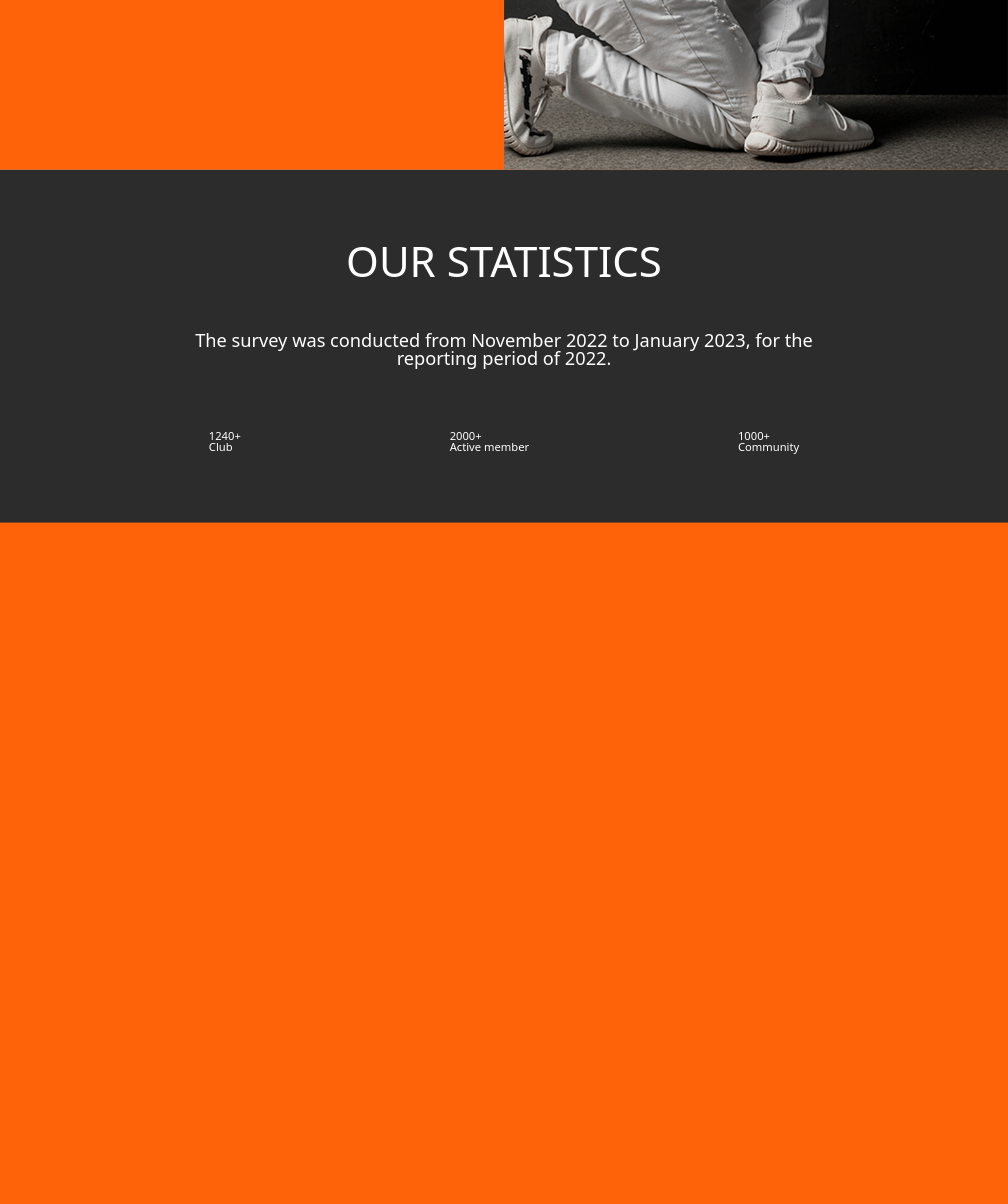
Repository: KinD2704/Web-University
Page: Bai30/index.html
These files come from the project's save history. The page is drawn as it stood at one moment and after the next save; the edit follows.
The browser window is 1280 px wide. The page is 1440 px wide, so the pictures cover 1440 px, including what lies to the right of the window. The pictures show the part of the page from y = 4432 to 6152 px (the page is 6152 px tall), at 70% of full size.

Above is the page before, as saved 2023-12-23 22:14:55.

### Bai30/index.html
<!DOCTYPE html>
<html lang="en">
    <head>
        <meta charset="UTF-8" />
        <meta name="viewport" content="width=device-width, initial-scale=1.0" />
        <title>les 30 percent</title>
        <link rel="stylesheet" href="css/reset.css" />
        <link rel="stylesheet" href="css/global.css">
        <link rel="stylesheet" href="css/styles.css" />
    </head>
    <body>
        <!-- Header -->
        <header>
            <div class="container">
                <div>
                    <img src="img/logo.png" alt="logo" class="logo1" />
                </div>
                <div>
                    <ul>
                        <li><a href="#!">HOME</a></li>
                        <li><a href="#!">PRODUCT</a></li>
                        <li><a href="#!">FEEDBACK</a></li>
                        <li><a href="#!">ABOUT</a></li>
                        <li><a href="#!">CONTACT</a></li>
                    </ul>
                </div>
                <div>
                    <img src="img/search.png" alt="search" class="search" />
                </div>
            </div>
        </header>

        <div class="banner1"></div>
        <div class="banner2">
            <div class="banner2__container">
                <div class="banner2__text banner2__text1">
                    <p>Dance Tour</p>
                </div>
                <div class="banner2__text banner2__text2">
                    <p>
                        Lorem ipsum dolor sit amet, consectetur adipiscing elit.
                        Vivamus lacinia odio vitae vestibulum vestibulum.
                    </p>
                </div>
                <div class="banner2__item">
                    <div class="banner2__item1">
                        <img src="img/item1.png" alt="" />
                        <p>AMERICA</p>
                        <p>
                            Lorem ipsum dolor sit amet, consectetur adipiscing
                            elit.
                        </p>
                    </div>
                    <div class="banner2__item1">
                        <img src="img/item2.png" alt="" />
                        <p>ASIA</p>
                        <p>
                            Lorem ipsum dolor sit amet, consectetur adipiscing
                            elit.
                        </p>
                    </div>
                    <div class="banner2__item1">
                        <img src="img/item3.png" alt="" />
                        <p>AUSTRALIA</p>
                        <p>
                            Lorem ipsum dolor sit amet, consectetur adipiscing
                            elit.
                        </p>
                    </div>
                </div>
            </div>
        </div>
        <div class="banner3">
            <div class="banner2__container">
                <div class="banner2__text banner2__text1">
                    <p>Dance Tour</p>
                </div>
                <div class="banner2__text banner2__text2">
                    <p>
                        Lorem ipsum dolor sit amet, consectetur adipiscing elit.
                        Vivamus lacinia odio vitae vestibulum vestibulum.
                    </p>
                </div>
                <div class="banner2__item">
                    <div class="banner3__item1">
                        <div class="imgBasic"><img src="img/basic.png" alt=""></div>
                        <p>basic</p>
                        <p>Lorem ipsum dolor sit amet, consectetur adipiscing elit</p>
                        <div class="bannerBtn"><button>$150.00</button></div>
                    </div>
                    <div class="banner3__item1">
                        <div class="imgBasic"><img src="img/basic.png" alt="" /></div>
                        <p>Professional</p>
                        <p>Lorem ipsum dolor sit amet, consectetur adipiscing elit</p>
                        <div class="bannerBtn"><button>$200.00</button></div>
                    </div>
                    <div class="banner3__item1">
                        <div class="imgBasic"><img src="img/basic.png" alt="" /></div>
                        <p>Ultimate</p>
                        <p>Lorem ipsum dolor sit amet, consectetur adipiscing elit</p>
                        <div class="bannerBtn"><button>$250.00</button></div>
                    </div>
                </div>
        </div>
        <div class="banner4">
            <div class="banner4__container">
                <div class="banner4__item1">
                    <img src="img/anh-banner4.png" alt="">
                </div>
                <div class="banner4__item2">
                    <p class="p1">BREAKING DANCE</p>
                    <p class="p2">the dancers who perform it. Breaking is popular in many places, but many people do not understand it </p>
                    <div class="bannerBtn"><button class="banner5-Btn">READ MORE</button></div>
                </div>

            </div>
        </div>
        <div class="banner5">
            <div class="banner5__container">
                <div class="banner5__item1">
                    <p class="p1">STREET DANCE</p>
                    <p class="p2">Street dance is a type of dance genre that came to being outside the traditional dance studio</p>
                    <div class="bannerBtn"><button class="banner5-Btn">READ MORE</button></div>
                </div>
                <div class="banner5__item2">
                    <img src="img/anh-banner5.png" alt="">
                </div>
            </div>
        </div>
        <div class="banner6">
            <div class="banner2__container">
                <div class="banner2__text banner2__text1">
                    <p class="text-up">Our Statistics</p>
                </div>
                <div class="banner2__text banner2__text2">
                    <p>
                        The survey was conducted from November 2022 to January
                        2023, for the reporting period of 2022.
                    </p>
                </div>
                <div class="banner6__item d-flex justify-space-evenly">
                    <div class="banner6__item1">
                        <p class="text-white">1240+</p>
                        <p class="text-white">Club</p>
                    </div>
                    <div class="banner6__item1">
                        <p class="text-white">2000+</p>
                        <p class="text-white">Active member</p>
                    </div>
                    <div class="banner6__item1">
                        <p class="text-white">1000+</p>
                        <p class="text-white">Community</p>
                    </div>
                </div>
        </div>
        <div class="banner7"></div>
        <div class="banner8"></div>
        <div class="banner9"></div>

        <!-- Footer -->
        <footer></footer>
    </body>
</html>

### Bai30/css/reset.css
article,
aside,
details,
figcaption,
figure,
footer,
header,
hgroup,
menu,
nav,
section {
    display: block;
}
body {
    line-height: 1;
}
ol,
ul {
    list-style: none;
}
blockquote,
q {
    quotes: none;
}
blockquote:before,
blockquote:after,
q:before,
q:after {
    content: "";
    content: none;
}
table {
    border-collapse: collapse;
    border-spacing: 0;
}

### Bai30/css/global.css
.text-up {
    text-transform: uppercase;
}
.d-flex {
    display: flex;
}
.text-white {
    color: white;
}
.justify-space-evenly {
    justify-content: space-evenly;
}

### Bai30/css/styles.css
* {
    margin: 0;
    padding: 0;
    font-family: system-ui, -apple-system, BlinkMacSystemFont, "Segoe UI",
        Roboto, Oxygen, Ubuntu, Cantarell, "Open Sans", "Helvetica Neue",
        sans-serif;
    box-sizing: border-box;
}
body {
    width: 1440px;
    margin: 0 auto;
}
/* Header */
header {
    position: fixed;
    width: 1440px;
    height: 103px;
    background-color: #303030;
}
.container {
    display: flex;
    justify-content: space-around;
    line-height: 103px;
}
.container .search {
    font-size: 28px;
    margin-top: 40px;
}
.container .logo1 {
    margin-top: 20px;
}
header ul li {
    display: inline-block;
}
header ul li a {
    text-decoration: none;
    color: #ffffff;
    font-size: 20px;
    margin: 0 20px;
    transition: 0.5s;
}
header ul li:hover a {
    color: orange;
}
/* banner 1 */
.banner1 {
    background-image: url("../img/banner1.png");
    height: 796px;
    background-repeat: no-repeat;
    background-size: cover;
    z-index: 0;
}
/* banner 2 */
.banner2 {
    background-image: url("../img/banner2.png");
    /* height: 974px; */
}
.banner2__container {
    padding: 100px 0;
}
.banner2__container .banner2__text p {
    color: #ffffff;
}

.banner2__item {
    display: flex;
    justify-content: space-evenly;
}
.banner2__text1 p {
    font-size: 60px;
    text-align: center;
    text-transform: uppercase;
}
.banner2__text2 p {
    font-size: 26px;
    text-align: center;
    width: 892px;
    margin: 0 auto;
    margin-top: 70px;
    margin-bottom: 90px;
}
/* item */
.banner2__item1 {
    background-image: url("/img/background-item.png");
    width: 372px;
    height: 493px;
}

.banner2__item1 p {
    color: #ffffff;
    width: 372px;
}
.banner2__item1 p:first-of-type {
    display: block;
    font-size: 30px;
    text-align: center;
    margin-top: 45px;
}
.banner2__item1 p:last-of-type {
    display: block;
    font-size: 18px;
    text-align: center;
    margin-bottom: 40px;
    margin-top: 20px;
}

/* banner3 */
.banner3 {
    background-image: url("../img/banner3.png");
    height: 974px;
}
.banner3__item1 {
    color: white;
    background-image: url("../img/background-item-1.png");
    width: 372px;
    height: 493px;
}
.banner3__item1 .imgBasic {
    width: 372px;
    text-align: center;
    margin: 60px auto;
}
.banner3__item1 p:first-of-type {
    display: block;
    font-size: 30px;
    text-align: center;
    text-transform: uppercase;
    margin-bottom: 30px;
}
.banner3__item1 p:last-of-type {
    display: block;
    font-size: 18px;
    text-align: center;
    margin-bottom: 30px;
}
.banner3__item1 .bannerBtn {
    margin: 0 auto;
    width: 372px;
    text-align: center;
}
.banner3__item1 button,
.banner5-Btn {
    height: 70px;
    width: 80%;
    text-align: center;
    color: white;
    background-color: #303030;
    border-radius: 5px;
    font-size: 20px;
    transition: 0.5s;
}
.bannerBtn:hover button,
.bannerBtn:hover .banner5-Btn {
    background-color: gold;
    cursor: pointer;
    color: sienna;
}
/* Banner 4 */
.banner4 {
    background-image: url("../img/banner4.png");
    height: 974px;
}
.banner4__container,
.banner5__container {
    display: flex;
}
.banner4__item1,
.banner4__item2,
.banner5__item1,
.banner5__item2 {
    flex-basis: 50%;
}
.banner4__item1 img,
.banner5__item2 img {
    width: 100%;
    height: 974px;
    object-fit: cover;
}
.banner4__item2,
.banner5__item1 {
    color: white;
    padding-left: 60px;
}
/* Banner 5 */
.banner5 {
    background-image: url("../img/banner5.png");
    height: 974px;
}
.banner5-Btn {
    width: 40%;
    margin-bottom: 270px;
}
.p1 {
    font-size: 60px;
    text-transform: uppercase;
    margin-top: 300px;
}
.p2 {
    font-size: 26px;
    margin: 0 auto;
    margin-top: 70px;
    margin-bottom: 90px;
}
/* banner 6 */
.banner6 {
    background-image: url("../img/banner6.png");
    height: 974px;
}
/* Banner 7 */
.banner7 {
    background-image: url("../img/banner7.png");
    height: 974px;
}

After the next save:
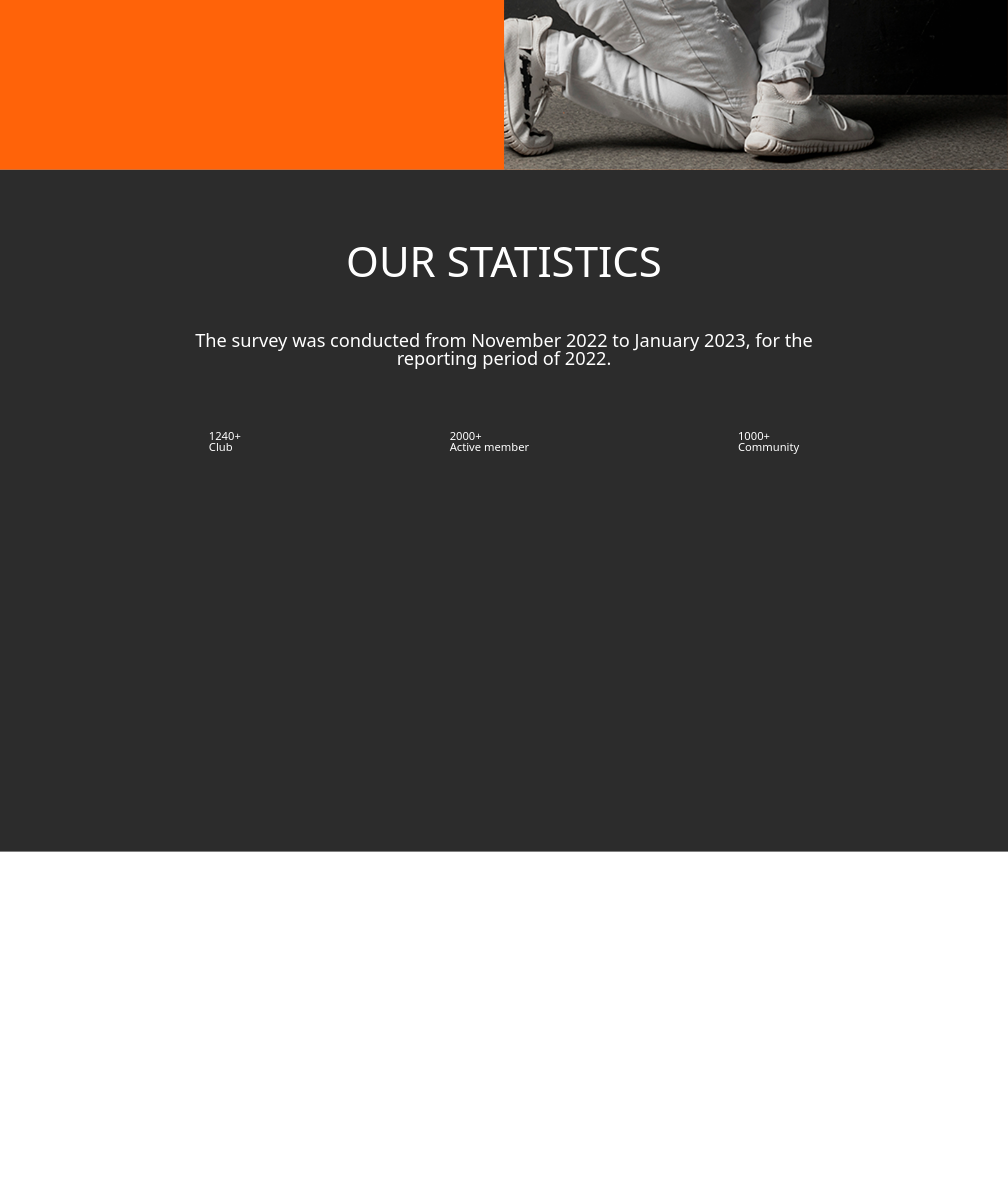
Not found: Bai30/img/banner71.png
Saved 14 s later.
--- a/Bai30/css/styles.css
+++ b/Bai30/css/styles.css
@@ -208,6 +208,6 @@
 }
 /* Banner 7 */
 .banner7 {
-    background-image: url("../img/banner7.png");
-    height: 974px;
-}
+    background-image: url("../img/banner71.png");
+    height: 974px;
+}

After the save that followed:
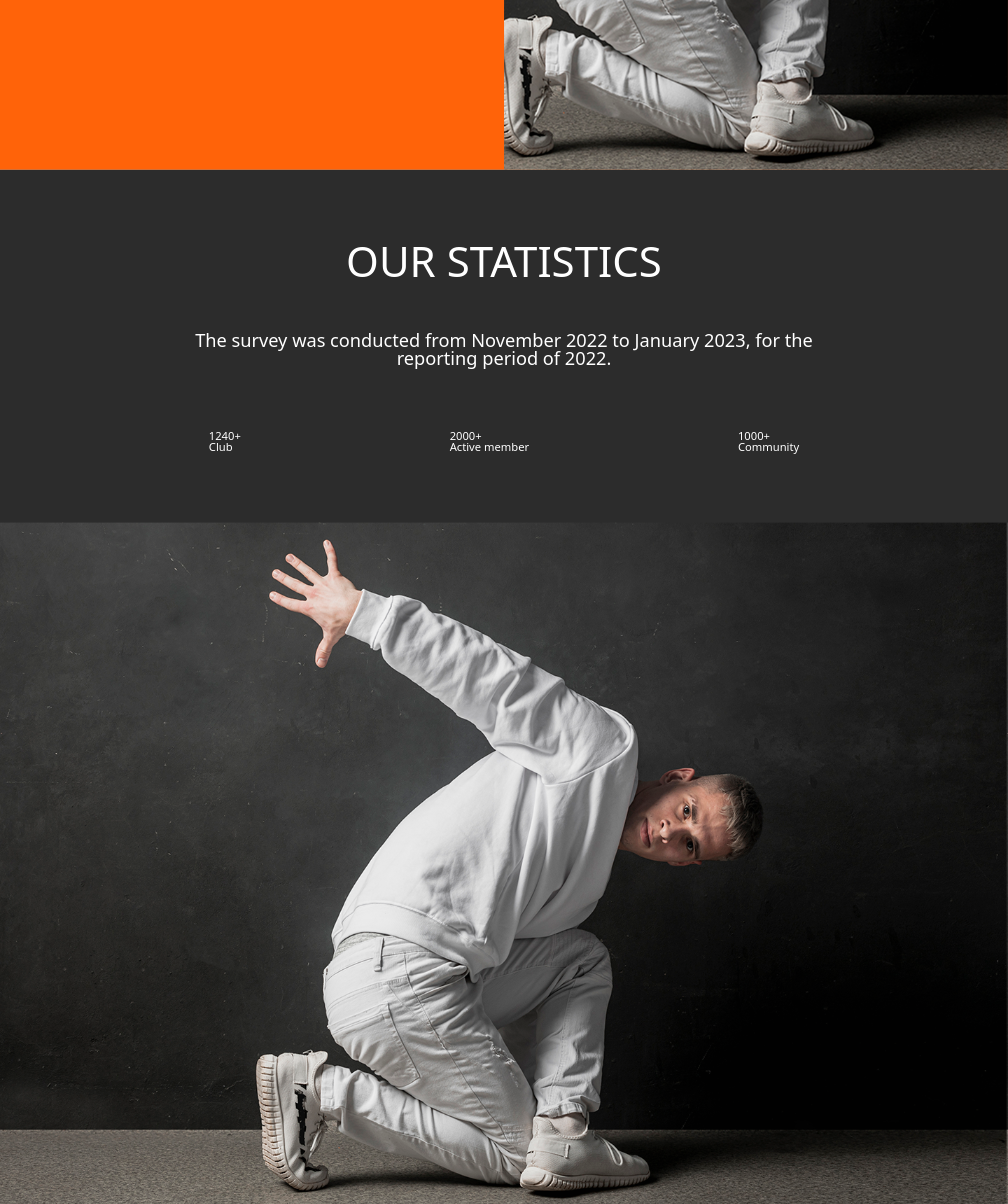
Saved 15 s later.
--- a/Bai30/css/styles.css
+++ b/Bai30/css/styles.css
@@ -208,6 +208,6 @@
 }
 /* Banner 7 */
 .banner7 {
-    background-image: url("../img/banner71.png");
-    height: 974px;
-}
+    background-image: url("../img/banner7-1.png");
+    height: 974px;
+}
